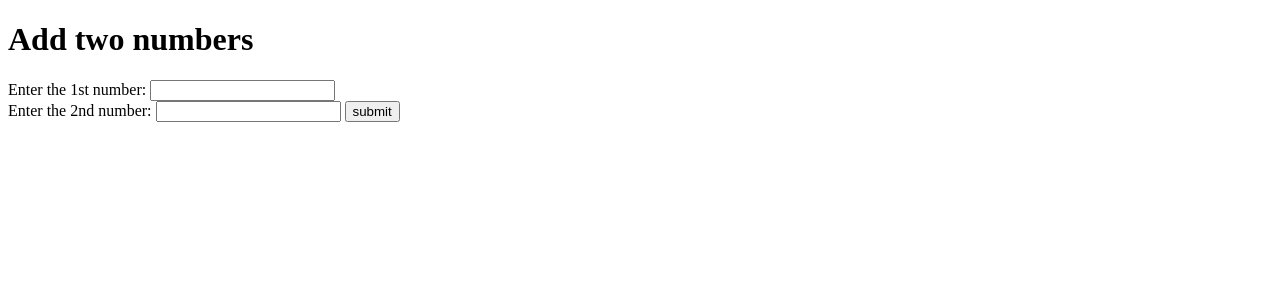
Repository: SangeethaShetty1990/Test
Page: JspExample1/WebContent/Add.html
These files come from the project's save history. The page is drawn as it stood at one moment and after the next save; the edit follows.
The browser window is 1280 px wide. The pictures show the whole page.

Above is the page before, as saved 2020-01-11 04:41:12.

### JspExample1/WebContent/Add.html
<!DOCTYPE html>
<html>
<head>
<meta charset="ISO-8859-1">
<title>Insert title here</title>
</head>
<body>
<form action ="add">
<h1>Add two numbers</h1>
Enter the 1st number: <input type ="text" name="num1"><br>
Enter the 2nd number: <input type ="text" name="num2">
<input type="submit" value= "submit">
</form>
</body>
</html>

After the next save:
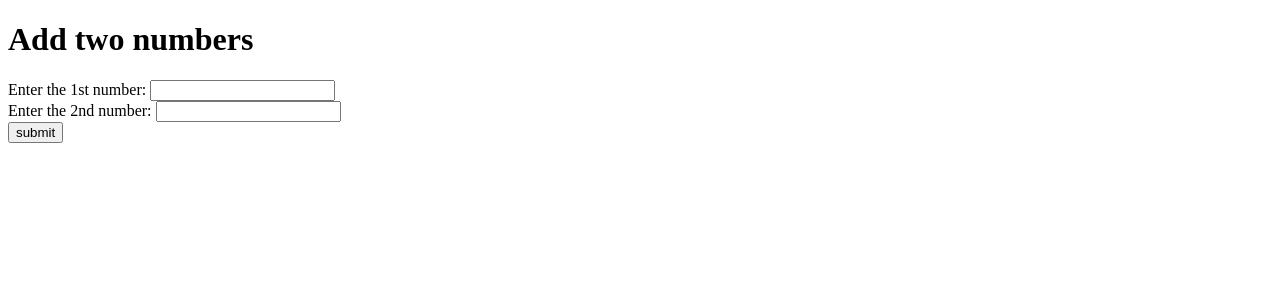
Saved 13 s later.
--- a/JspExample1/WebContent/Add.html
+++ b/JspExample1/WebContent/Add.html
@@ -8,7 +8,7 @@
 <form action ="add">
 <h1>Add two numbers</h1>
 Enter the 1st number: <input type ="text" name="num1"><br>
-Enter the 2nd number: <input type ="text" name="num2">
+Enter the 2nd number: <input type ="text" name="num2"><br>
 <input type="submit" value= "submit">
 </form>
 </body>
